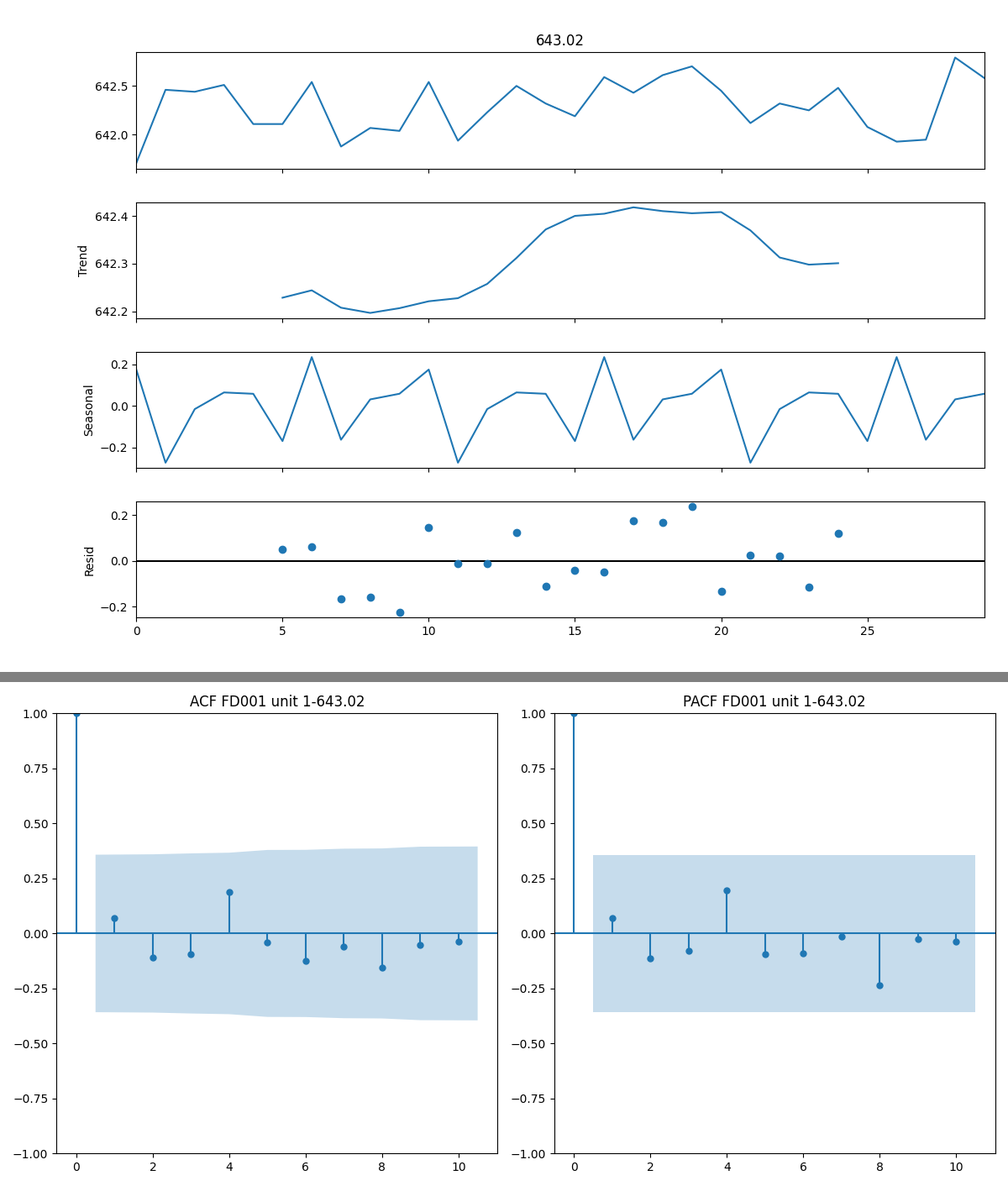
Repository: jubacochran/damage-propagation-modeling-NASA-jet-engine-
Script's output: python timeSeries-FD001-unit1.py
These files come from the project's save history. The script's output is drawn as it stood at one moment and after the next save; the edit follows.
The pictures are shown at 84% of full size.
Each picture stacks the figures in order, with grey between them; figures that are only written to a file come last. Random numbers start from a fixed seed.

Above is the script's output before, as saved 2024-07-16 21:28:53.

After the next save:
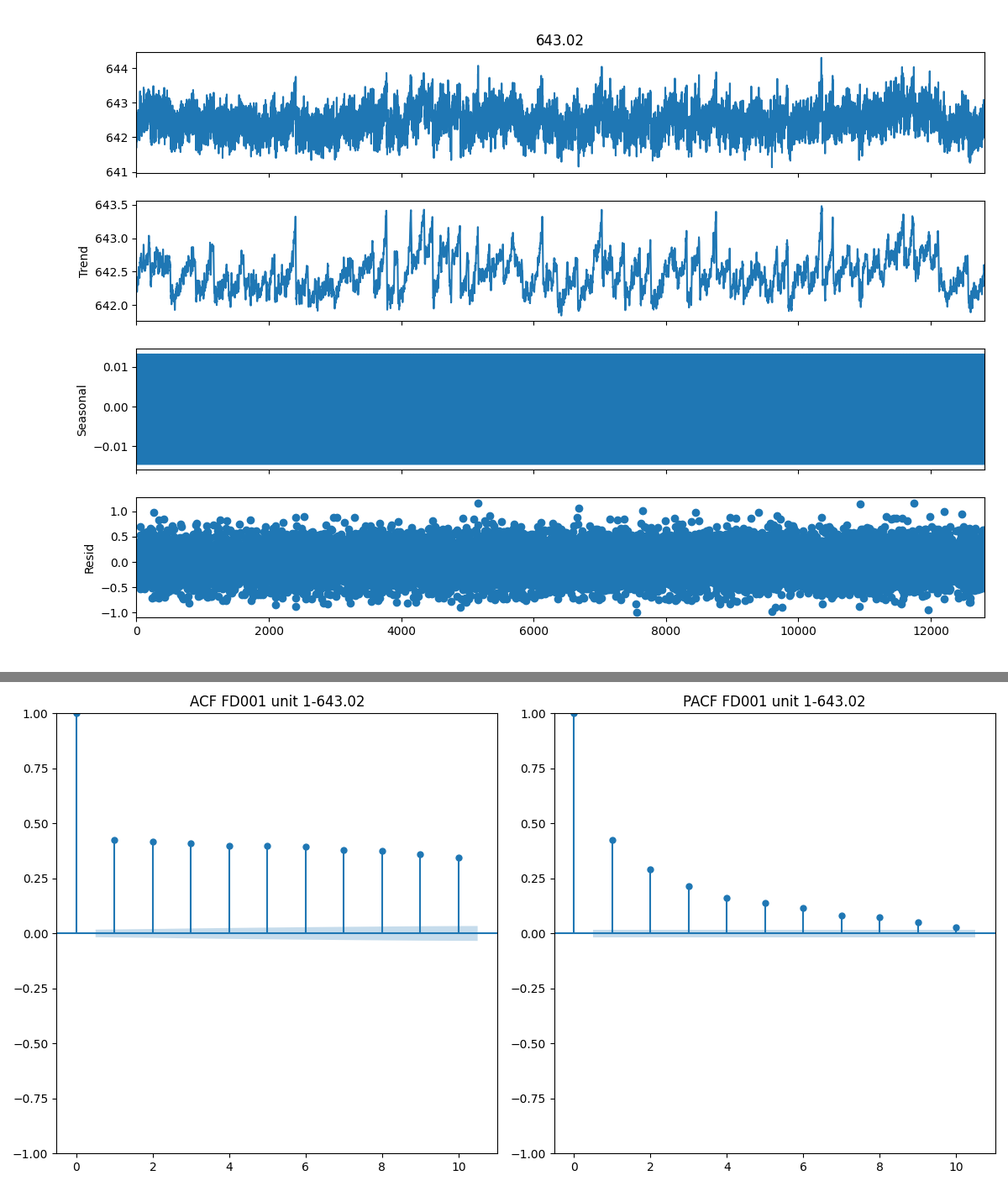
Saved 10 h 48 min later.
--- a/timeSeries-FD001-unit1.py
+++ b/timeSeries-FD001-unit1.py
@@ -17,17 +17,45 @@ from statsmodels.tsa.seasonal import seasonal_decompose
 
 # Load data
 normalized_data = pd.read_csv('filtered_dataset.csv')
+print(normalized_data.info())
+print(normalized_data.columns)
+normalized_data.rename(columns={'1':'Engine No.','1.1':'Operation Setting 1','0.0023':'Operation Setting 2',
+                                '0.0003':'Operation Setting 3'}, inplace=True)
+
+# List of sensor names
+sensor_names = [
+    "Fan Inlet Temperature", "LPC Outlet Temperature", "HPC Outlet Temperature", "LPT Outlet Temperature",
+    "Fan Inlet Pressure", "Bypass-Duct Pressure", "HPC Outlet Pressure", "Physical Fan Speed",
+    "Physical Core Speed", "Engine Pressure Ratio", "HPC Outlet Static Pressure",
+    "Ratio of Fuel Flow to Ps30", "Corrected Fan Speed", "Corrected Core Speed", "Bypass Ratio",
+    "Burner Fuel-Air Ratio", "Bleed Enthalpy", "Required Fan Speed", "Required Fan Conversion Speed",
+    "High-Pressure Turbines Cool Air Flow", "Low-Pressure Turbines Cool Air Flow"
+]
+
+# Column indices provided in the question
+column_indices = list(range(5, 27))  # Since the given columns start from index 5 to 26
+
+# Create a dictionary to map column indices to sensor names
+column_mapping = dict(zip(column_indices, sensor_names))
+
+# Print the mapping
+print(column_mapping)
+
+normalized_data.rename(columns=column_mapping, inplace=True)
+
+# Print DataFrame info to verify the column names
+print(normalized_data.info())
 
 
 normalized_data['datetime'] = pd.to_datetime(normalized_data['datetime'])
-
+print(normalized_data.info())
 #print(normalized_data['1'].value_counts())
-normalized_data = normalized_data[normalized_data['1'] == 1]
+#normalized_data = normalized_data[normalized_data['Engine No.'] == 1]
 print(normalized_data)
 
 
 # Columns to exclude from plotting
-exclude_columns = ['hours']
+#exclude_columns = ['hours']
 
 decomposition = seasonal_decompose(normalized_data['643.02'], model='additive', period=10)
 fig = decomposition.plot()
@@ -54,6 +82,7 @@ print(hist.tail())
 plt.plot(hist,label='model')
 plt.legend()
 plt.grid()
+
 
 
 '''
